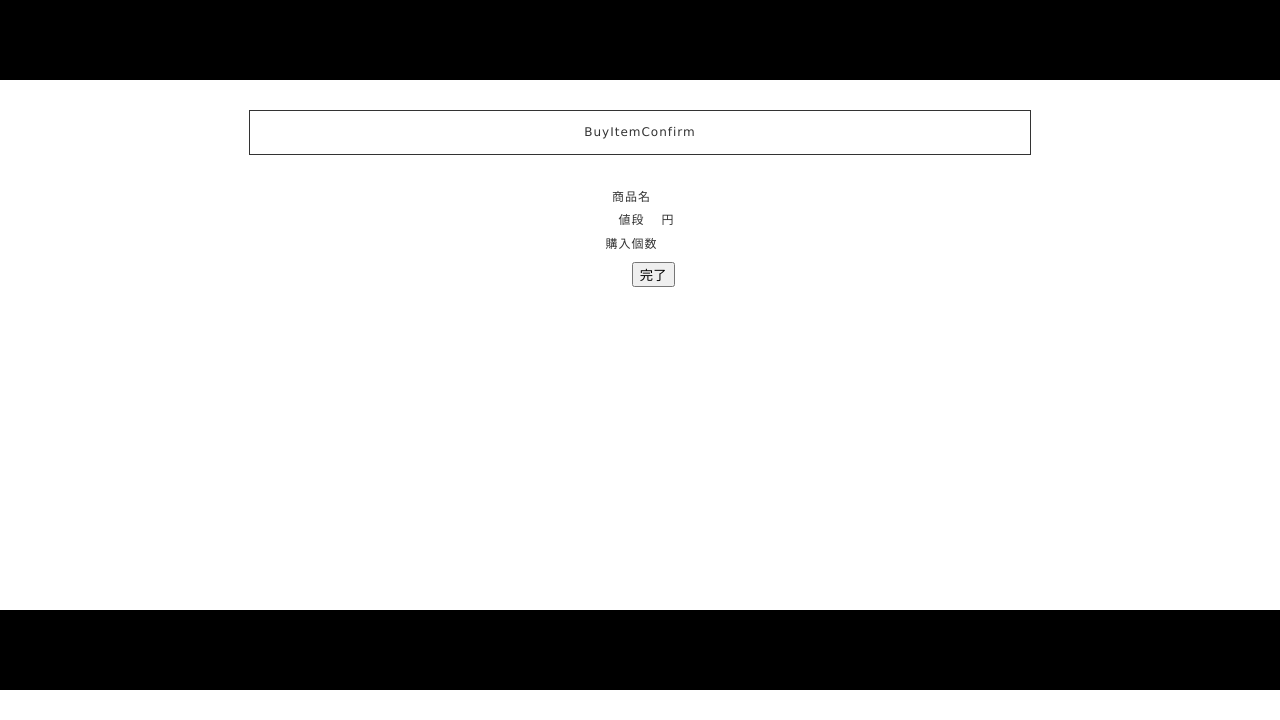
Repository: watasyaada/test
Page: http://localhost/template/buyItemConfirm.jsp
The author's editor kept a copy of each file at every save. The page is drawn from the files as they stood at one save, then again after the next save.
The browser window is 1280 px wide. The pictures show the whole page.
The page is served by Tomcat 9.

Above is the page before, as saved 2018-06-21 07:26:11.

After the next save:
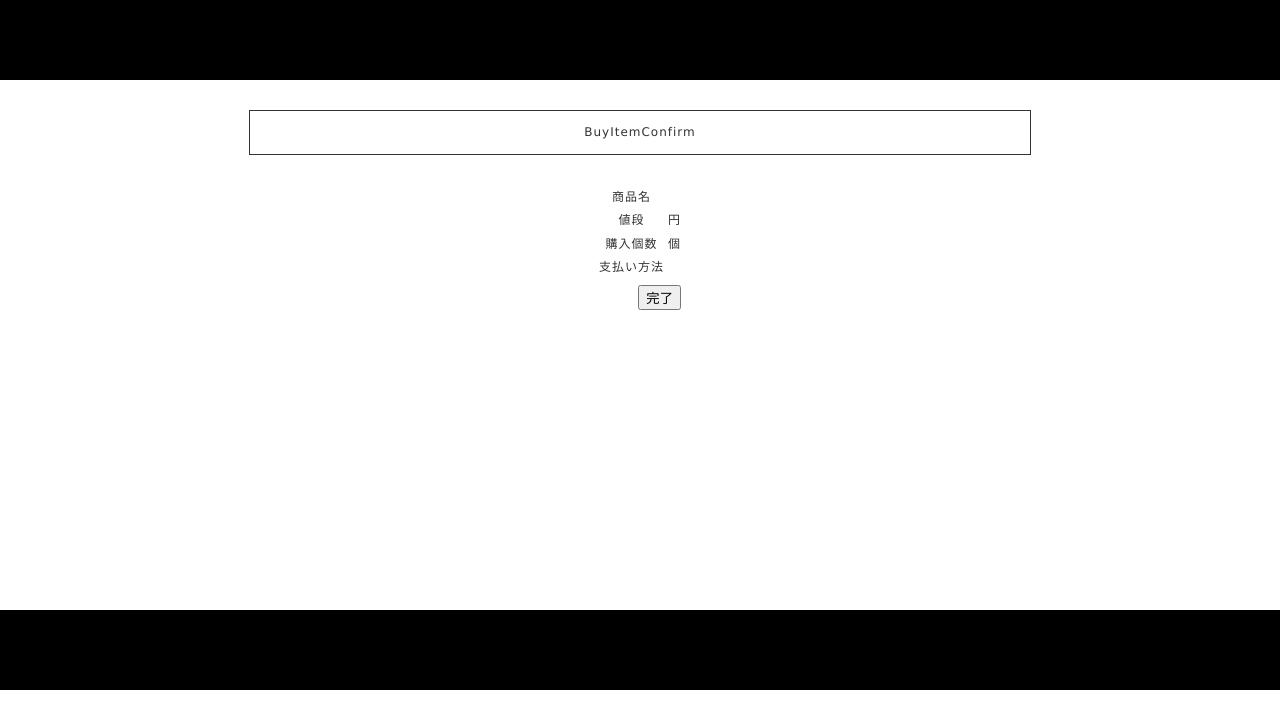
Saved 5 min 32 s later.
--- a/template/WebContent/buyItemConfirm.jsp
+++ b/template/WebContent/buyItemConfirm.jsp
@@ -80,7 +80,13 @@
                                    <tr>
                                          <td>購入個数</td>
                                          <td>
-                                                <s:property value="session.pay" /></td>
+                                         <s:property value="session.stock" />
+                                                    <span>個</span>
+                                          </td>
+                                   </tr>
+                                   <tr>
+                                          <td>支払い方法</td>
+                                          <td><s:property value="session.pay" /></td>
                                    </tr>
                                    <tr>
                                            <td><s:submit value="完了" /></td>
